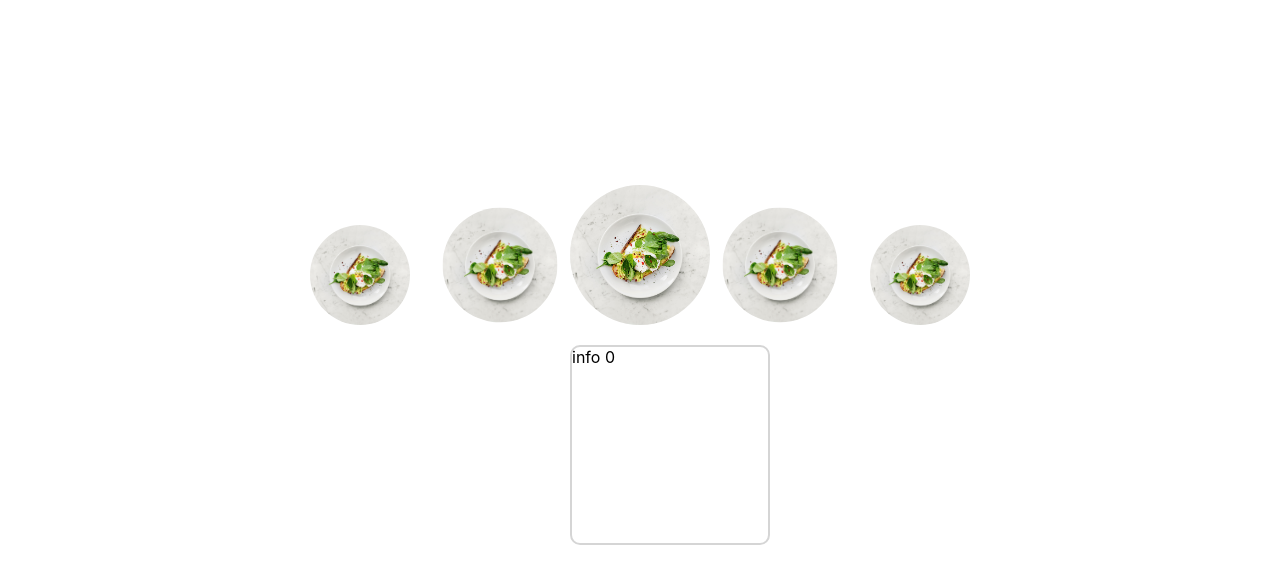
Repository: nambui98/slider
Page: /
An editor plug-in stored every save of this project. The page is shown before and after the next save, followed by the edit.
The browser window is 1280 px wide. The pictures show the whole page.
The project was rebuilt for these pictures with package versions that can differ from the ones it lists, and the page was loaded fresh each time. Also part of the build but not shown: vite.config.ts.

Above is the page before, as saved 2022-04-12 11:07:59.

After the next save:
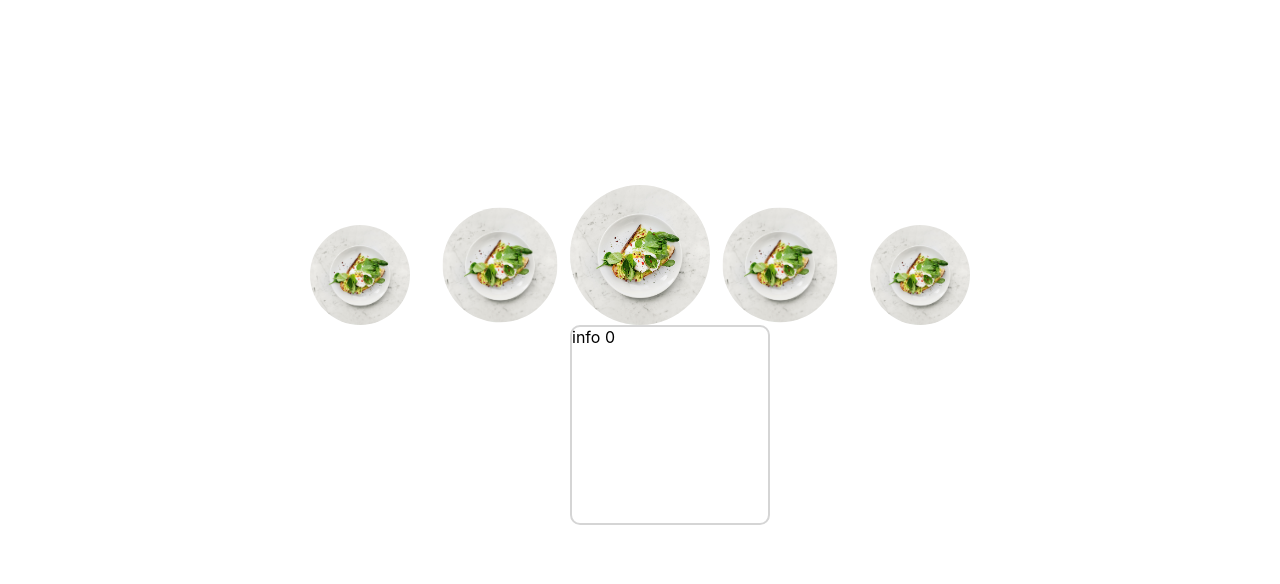
Saved 19 s later.
--- a/src/App.css
+++ b/src/App.css
@@ -14,7 +14,7 @@
   transform: translateY(20px);
 
 }
-.info .active{
+.info.active{
   visibility: visible;
   transform: translateY(0px);
 }

After the save that followed:
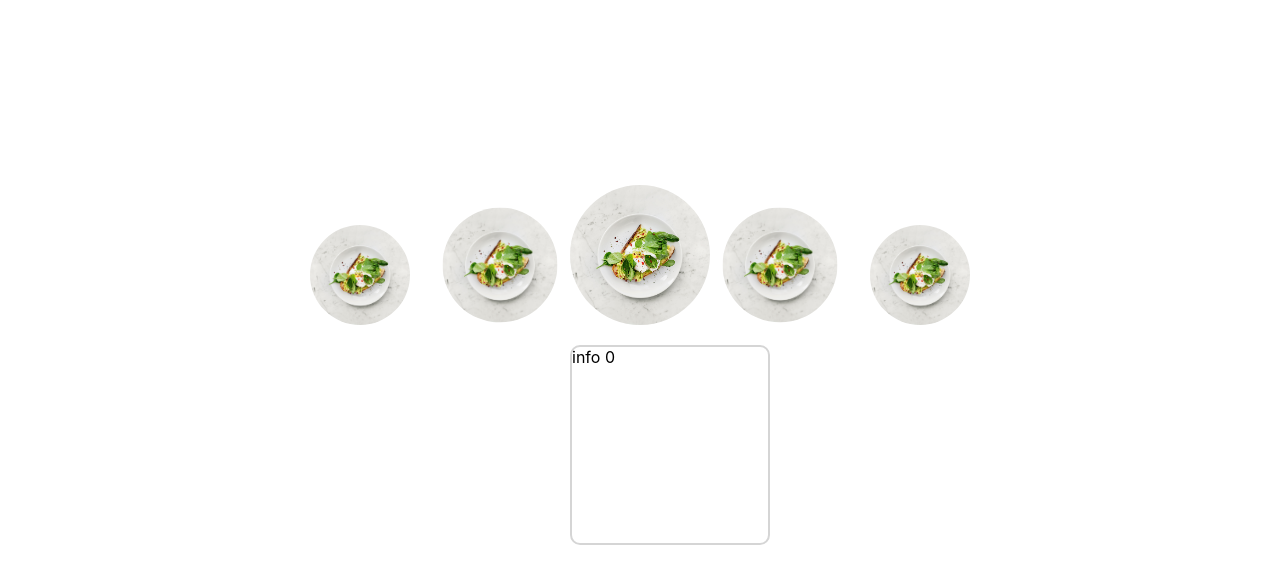
Saved 18 s later.
--- a/src/App.css
+++ b/src/App.css
@@ -16,5 +16,5 @@
 }
 .info.active{
   visibility: visible;
-  transform: translateY(0px);
+
 }
